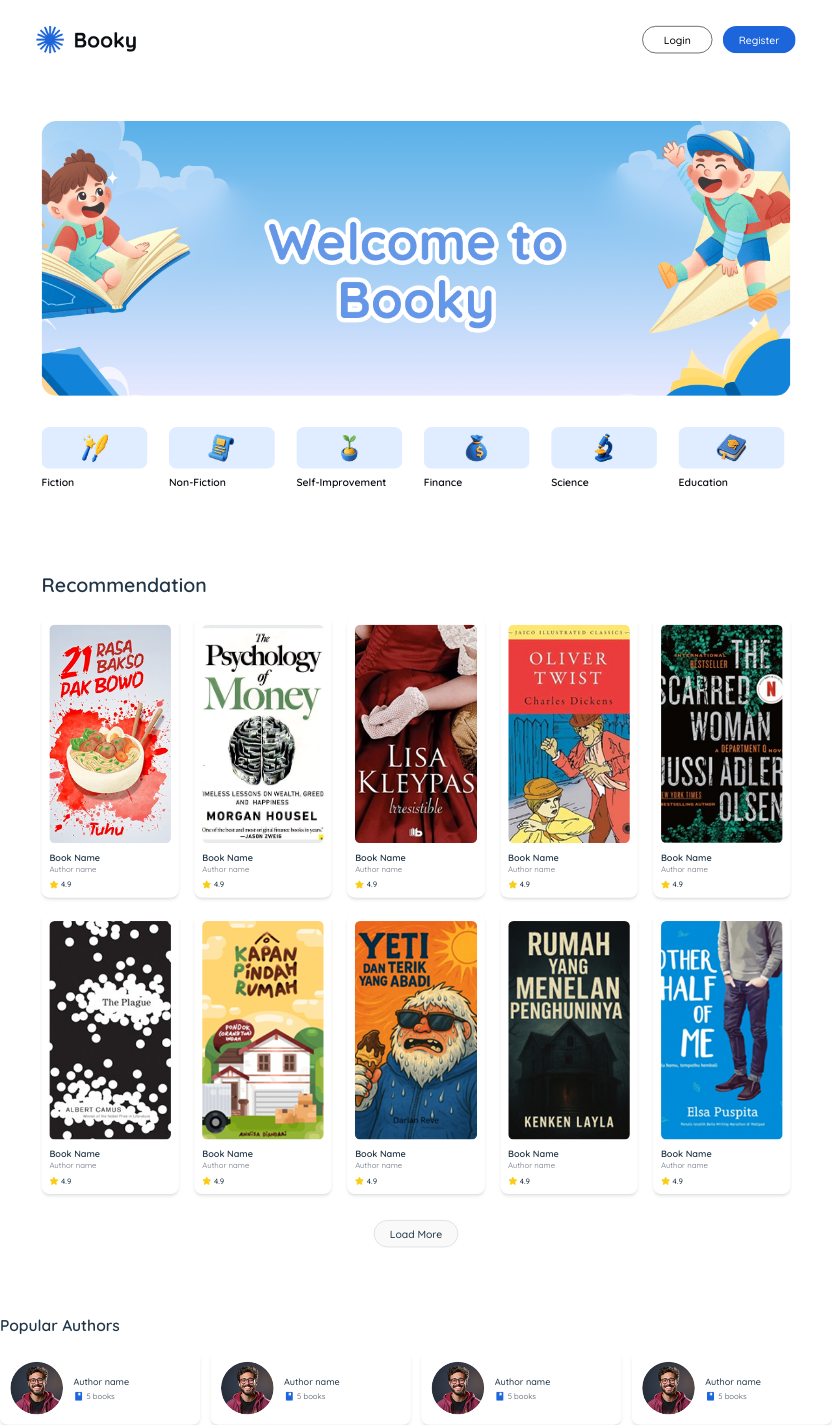
Repository: faridsyafaat/library-app
Page: /
The author's editor kept a copy of each file at every save. The page is drawn from the files as they stood at one save, then again after the next save.
The browser window is 1280 px wide. The pictures show the whole page, at 65% of full size.
The project was rebuilt for these pictures with package versions that can differ from the ones it lists, and the page was loaded fresh each time. Also part of the build but not shown: vite.config.ts, src/pages/Login.tsx, src/pages/Register.tsx.

Above is the page before, as saved 2025-11-24 21:10:34.

After the next save:
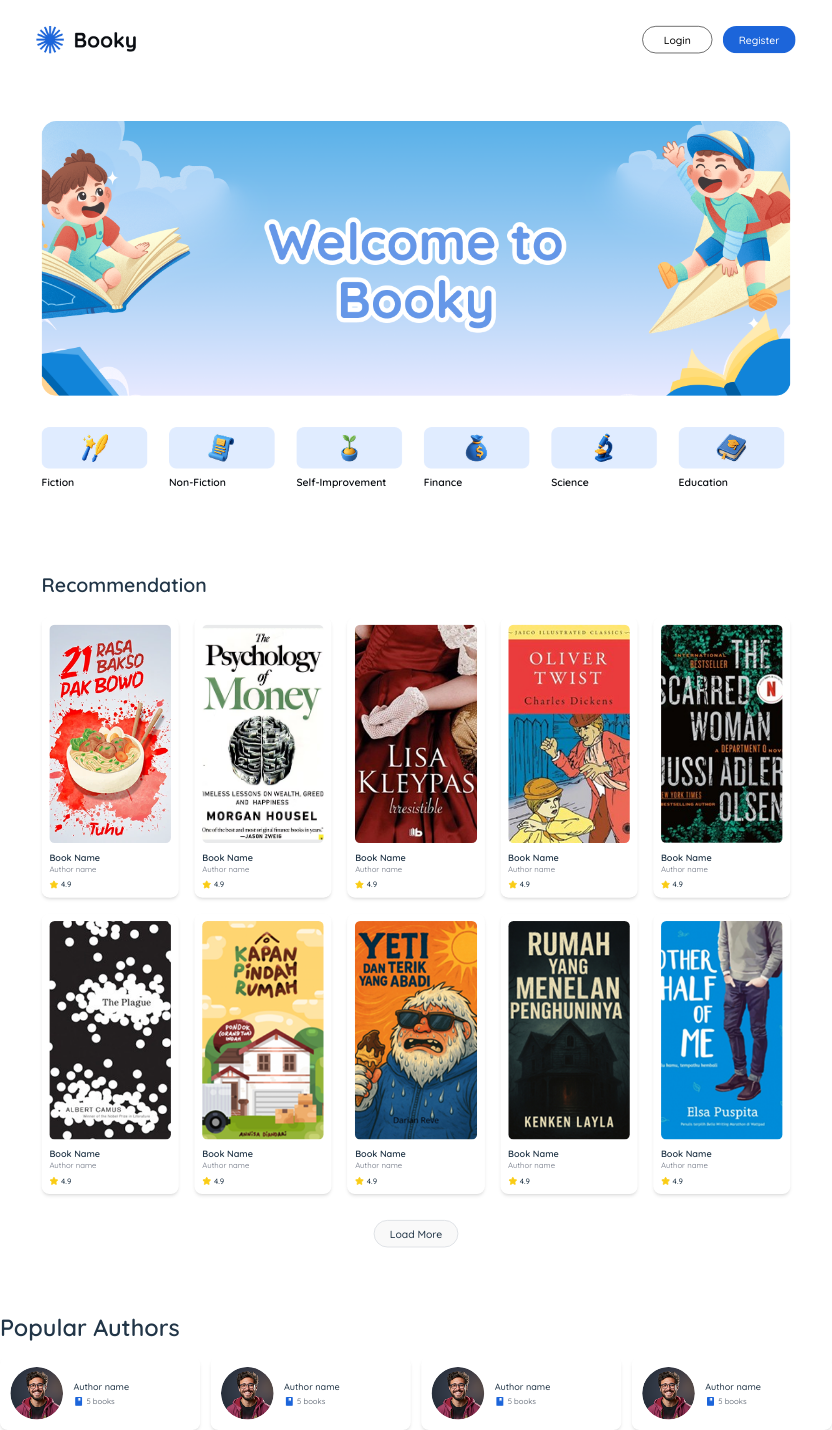
Saved 10 s later.
--- a/src/components/sections/AuthorsSection.tsx
+++ b/src/components/sections/AuthorsSection.tsx
@@ -28,7 +28,7 @@
 export default function AuthorsSection() {
   return (
     <section className="mt-10">
-      <h2 className="text-2xl font-semibold mb-6">Popular Authors</h2>
+      <h2 className="text-4xl font-semibold mb-6">Popular Authors</h2>
 
       <div className="grid grid-cols-1 gap-4 md:grid-cols-2 lg:grid-cols-4">
         {authors.map((author) => (
